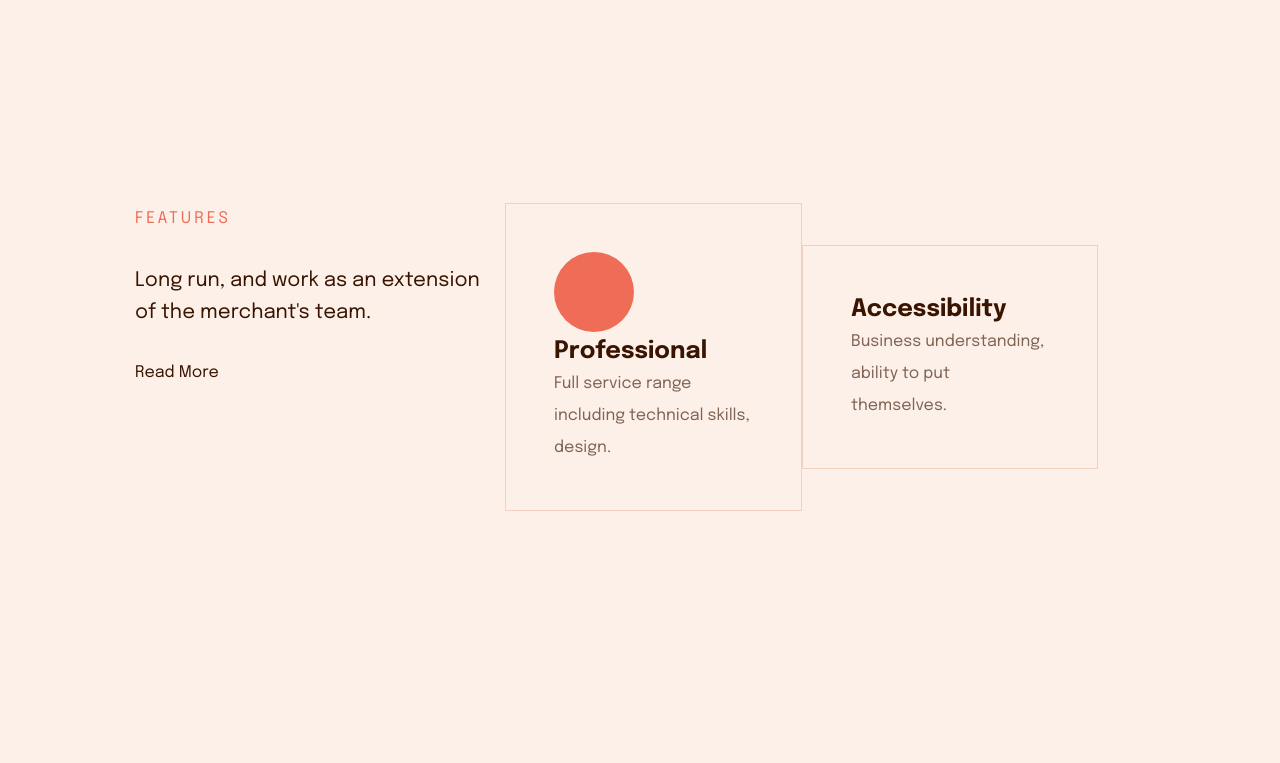
Repository: kubrazamanova/Project-7
Page: index.html
These files come from the project's save history. The page is drawn as it stood at one moment and after the next save; the edit follows.
The browser window is 1280 px wide. The pictures show the whole page.

Above is the page before, as saved 2023-09-23 10:36:14.

After the next save:
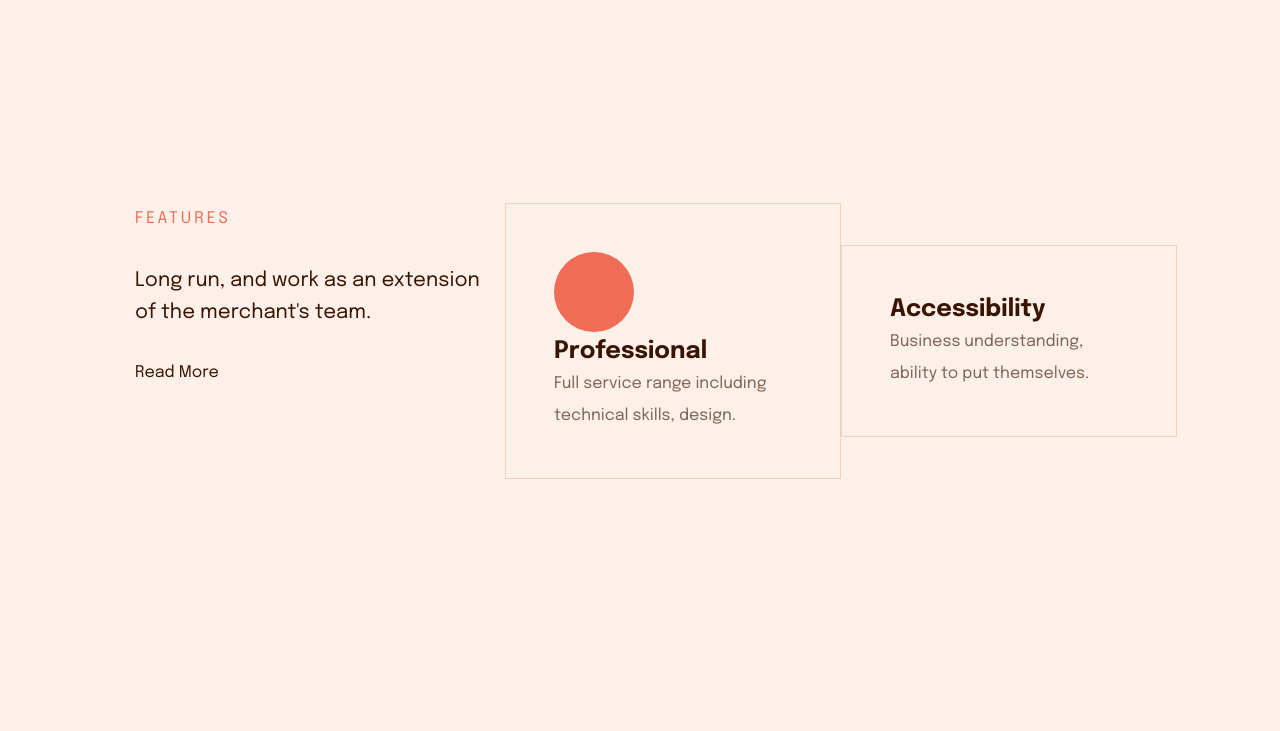
Saved 33 s later.
--- a/index.css
+++ b/index.css
@@ -58,6 +58,8 @@ ul li {
   list-style-type: none;
   border: 1px solid #f3d1bf;
   padding: 48px 48px 46px 48px;
+  width: 336px;
+
 
 }
 .container li h2 {
